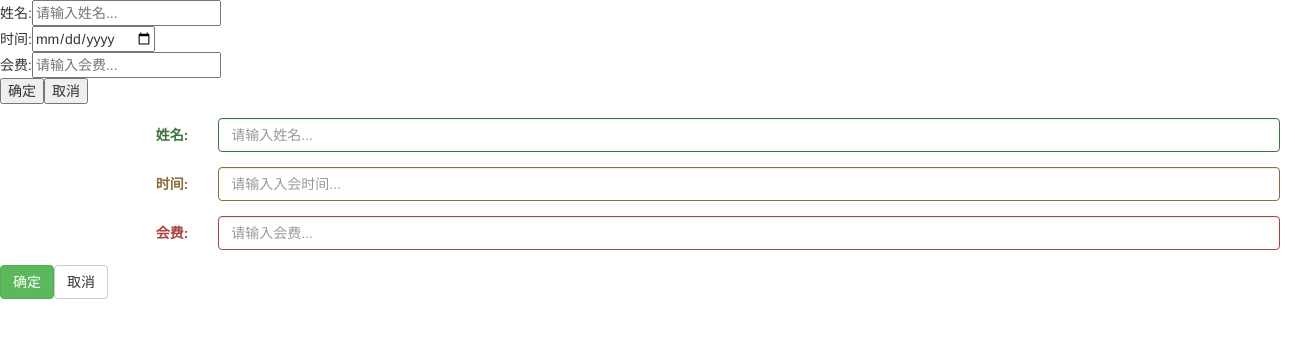
Repository: HelloChuang/HelloChuang-EclipseWorkSpace
Page: http://localhost/RetestServlet2/user_add.jsp
These files come from the project's save history. The page is drawn as it stood at one moment and after the next save; the edit follows.
The browser window is 1280 px wide. The page is 1295 px wide, so the pictures cover 1295 px, including what lies to the right of the window. The pictures show the whole page.
The page is served by Tomcat 9.

Above is the page before, as saved 2018-10-31 06:50:58.

After the next save:
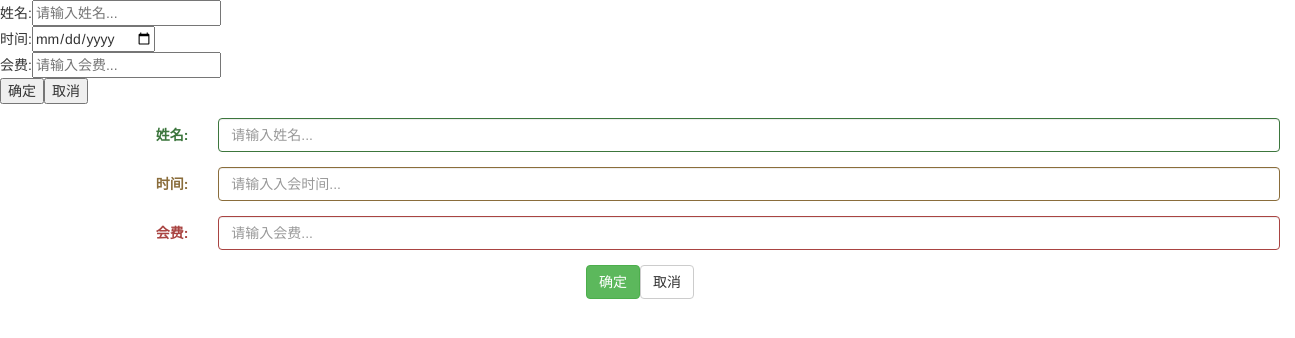
Saved 21 s later.
--- a/EclipseWorkSpace/RetestServlet2/WebContent/user_add.jsp
+++ b/EclipseWorkSpace/RetestServlet2/WebContent/user_add.jsp
@@ -37,6 +37,6 @@
     </div>
   </div>
 
-  <div><button type="submit" class="btn btn-success">确定</button><button type="reset"class="btn btn-default">取消</button></div>
+  <div align="center"><button type="submit" class="btn btn-success">确定</button><button type="reset"class="btn btn-default">取消</button></div>
 </body>
 </html>
